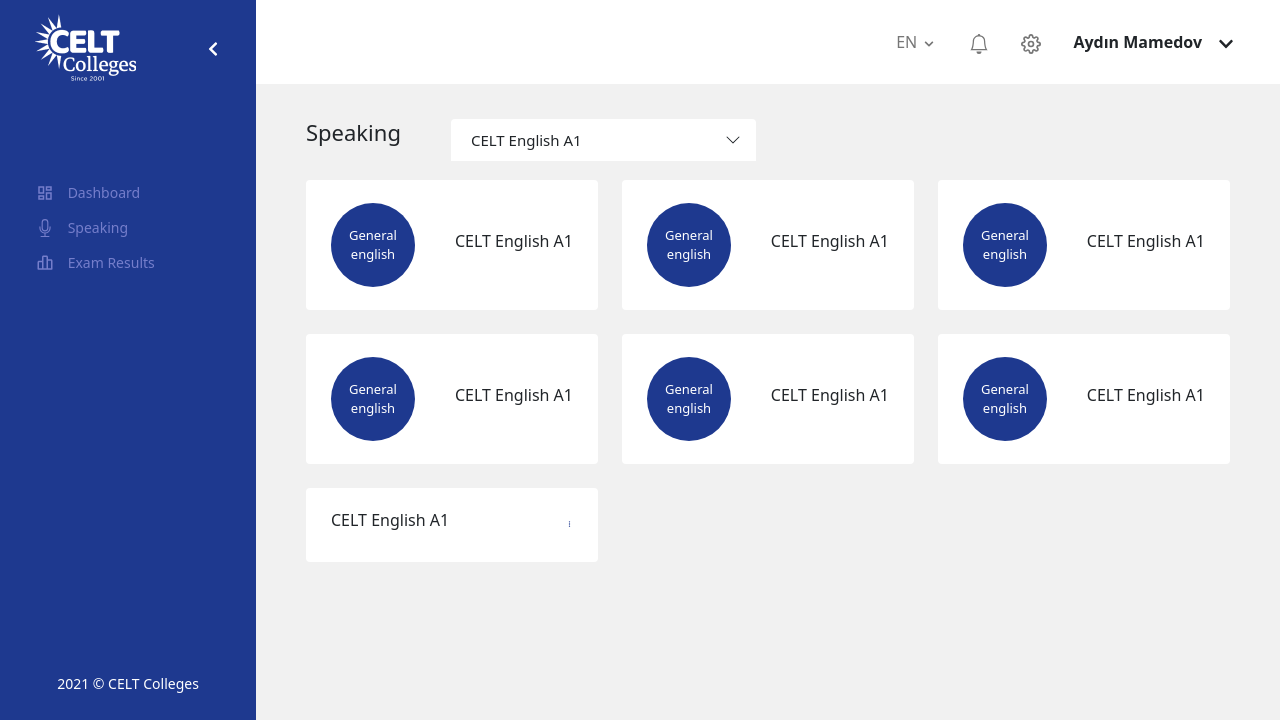
Repository: aydinws/celtapp
Page: /speaking
These files come from the project's save history. The page is drawn as it stood at one moment and after the next save; the edit follows.
The browser window is 1280 px wide. The pictures show the whole page.
The project was rebuilt for these pictures with package versions that can differ from the ones it lists, and the page was loaded fresh each time. Also part of the build but not shown: src/pages/Dashboard/index.js, src/pages/ExamResults/index.scss, src/components/Table/index.scss, src/components/Pagination/index.scss, src/components/Pagination/index.js, src/components/Table/index.js, src/pages/ExamResults/index.js.

Above is the page before, as saved 2021-06-10 10:00:41.

### src/App.js
import React from 'react';

// files
import './assets/css/app.scss';

// pages
import Dashboard from './pages/Dashboard';
import ExamResults from './pages/ExamResults';
import Speakings from './pages/Speakings';

// npm modules
import 'bootstrap/dist/css/bootstrap.css';
import { BrowserRouter as Router, Switch, Route } from "react-router-dom";


function App() {
  return (
    <Router>
      <Switch>
        <Route path="/" exact component={Dashboard} />
        <Route path="/speaking" exact component={Speakings} />
        <Route path="/examresults" exact component={ExamResults} />
      </Switch>
    </Router>
  );
}

export default App;

### src/assets/css/app.scss
@import 'code';

* {
    list-style: none !important;
    text-decoration: none !important;
    outline: none !important;
}

body {
    height: 100%;
    background-color: $bgColor !important;
}

.app {
    height: 100%;
    display: flex;

    .content {
        height: 100vh;
        flex: 1;
    }
}

.section {
    margin: 35px 50px;

    @media screen and (max-width:481px) {
        margin: 35px 20px;
    }

    .content-body-head {

        h3 {
            font-size: 22px;
            margin: 0 0 35px;
        }

        .search-input {
            width: 278px;
            height: 42px;
            border-radius: 4px;
            overflow: hidden;
            float: right;

            @media screen and (max-width:768px) {
                margin: 0 0 20px;
                width: 100%;
            }

            input {
                width: 236px;
                height: 42px;
                padding: 0 0 0 20px;
                border: 1px solid #FFFFFF;
                background-color: #FFFFFF;
                font-size: 15px;

                @media screen and (max-width:768px) {
                    width: calc(100% - 42px);
                }
            }

            input::placeholder {
                font-weight: 500;
            }

            svg {
                fill: $grayColor;
                padding: 12px;
                width: 42px;
                height: 42px;
                background-color: #FFFFFF;
                margin: 0 0 4px;
            }
        }
    }
}

.orange { fill: $orangeColor; color: $orangeColor !important; }
.red { fill: $redColor; color: $redColor !important; }
.green { fill: $greenColor; color: $greenColor !important; }
.c-pointer { cursor: pointer; }

### src/pages/Speakings/index.js
import React, { useState } from 'react';
import './index.scss';

// components
import Sidebar from '../../components/SideBar';
import TopBar from '../../components/TopBar';
import SelectOption from '../../components/SelectOption';

//icons
import { BsThreeDotsVertical } from "react-icons/bs";

function Speaking() {

    const [visible, setVisible] = useState(true);

    const openCloseMenu = () => {
        setVisible(!visible);
    }

    return (
        <div className="app">
            {visible && <Sidebar openCloseMenu={openCloseMenu} />}

            <div className="content">
                <TopBar openCloseMenu={openCloseMenu} />

                <div className="section">
                    <div className="content-body-head">
                        <div className="row">
                            <div className="col-12 col-md-6 d-flex">
                                <h3>Speaking</h3>
                                <SelectOption />
                            </div>
                        </div>
                    </div>
                    <div className="content-body">
                        <div className="row">
                            <div className="col-12 col-md-6 col-lg-4 mb-4">
                                <div className="card card--speaking">
                                    <div className="card-circle">
                                        <p>General english</p>
                                    </div>
                                    <h6>CELT English A1</h6>
                                </div>
                            </div>
                            <div className="col-12 col-md-6 col-lg-4 mb-4">
                                <div className="card card--speaking">
                                    <div className="card-circle">
                                        <p>General english</p>
                                    </div>
                                    <h6>CELT English A1</h6>
                                </div>
                            </div>
                            <div className="col-12 col-md-6 col-lg-4 mb-4">
                                <div className="card card--speaking">
                                    <div className="card-circle">
                                        <p>General english</p>
                                    </div>
                                    <h6>CELT English A1</h6>
                                </div>
                            </div>
                            <div className="col-12 col-md-6 col-lg-4 mb-4">
                                <div className="card card--speaking">
                                    <div className="card-circle">
                                        <p>General english</p>
                                    </div>
                                    <h6>CELT English A1</h6>
                                </div>
                            </div>
                            <div className="col-12 col-md-6 col-lg-4 mb-4">
                                <div className="card card--speaking">
                                    <div className="card-circle">
                                        <p>General english</p>
                                    </div>
                                    <h6>CELT English A1</h6>
                                </div>
                            </div>
                            <div className="col-12 col-md-6 col-lg-4 mb-4">
                                <div className="card card--speaking">
                                    <div className="card-circle">
                                        <p>General english</p>
                                    </div>
                                    <h6>CELT English A1</h6>
                                </div>
                            </div>
                            <div className="col-12 col-md-6 col-lg-4 mb-4">
                                <div className="card card--speaking">
                                    <h6>CELT English A1</h6>
                                    <BsThreeDotsVertical />
                                </div>
                            </div>
                        </div>
                    </div>
                </div>
            </div>
        </div>
    );
}

export default Speaking;

### src/assets/css/code.scss
$bgColor: #F1F1F1;
$mainBlue: #1E398F;
$blueTextColor: #757ECB;
$orangeColor: #EE7100;
$redColor: #C10000;
$greenColor: #009F3F;
$grayColor: #767676;

### src/pages/Dashboard/index.scss
@import '../../assets/css/code.scss';
@import '../../assets/css/custom.scss';

.anime-h {
    height: 66px;
}

.content-body {
    .card {
        border-radius: 4px;
        padding: 23px 25px;
        overflow: hidden;

        &--dashboard {
            width: 100%;
            height: 100%;
            position: relative;
        }

        .card-header {
            border-bottom: 0.5px solid #DEDEDE;
            background-color: #FFFFFF;
            padding: 0;
            display: flex;
            justify-content: space-between;

            svg {
                fill: $orangeColor;
                width: 22px;
                height: 22px;
            }

            h4 {
                font-size: 18px;
                margin: 0 0 20px;
                padding: 0;
                cursor: pointer;
            }
        }

        ul {
            padding: 0;
        }

        ul li {
            margin-top: 25px;
        }

        ul li h4 {
            font-size: 15px;
            text-transform: uppercase;
            padding: 0;
        }

        ul li p {
            font-size: 12px;
            color: #878787;
        }

        label {
            display: flex;
            align-items: center;
            position: relative;
            cursor: pointer;
        }

        label {
            div {
                font-size: 15px;
                text-transform: uppercase;
                padding: 0;
                margin: 0 30px;
                font-weight: 500;
            }
        }

        a {
            color: $mainBlue;
            text-decoration: none;
            font-size: 13px;
            position: absolute;
            right: 0;
            bottom: 0;
            margin: 25px;
            font-weight: bold;
        }

        svg {
            fill: $mainBlue;
            width: 7px;
            padding: 0 0 2px;
        }
    }
}

### src/components/SideBar/index.js
import React from 'react';
import './index.scss';

// npm modules
import { Link } from "react-router-dom";

// icons
import { FaChevronLeft } from "react-icons/fa";
import { BsMic } from "react-icons/bs";
import { RiDashboardLine } from "react-icons/ri";
import { BiBarChartAlt2 } from "react-icons/bi";

// images
import Logo from '../../assets/images/logo.png';

function Sidebar({ openCloseMenu }) {
    return (
        <div className="side-bar">
            <div className="side-bar-content">
                <div className="side-bar-content-header">
                    <img src={Logo} alt="Logo" />
                    <FaChevronLeft onClick={openCloseMenu} />
                </div>
                <div className="side-bar-content-body">
                    <ul>
                        <li>
                            <Link to="/"><RiDashboardLine /> Dashboard</Link>
                        </li>
                        <li>
                            <Link to="/speaking"><BsMic /> Speaking</Link>
                        </li>
                        <li>
                            <Link to="/examresults"><BiBarChartAlt2 /> Exam Results</Link>
                        </li>
                    </ul>
                </div>
                <p>2021 © CELT Colleges</p>
            </div>
        </div>
    );
}

export default Sidebar;

### src/components/TopBar/index.js
import React from 'react';
import './index.scss';

// icons
import { FaChevronDown } from "react-icons/fa";
import { BsBell } from "react-icons/bs";
import { FiSettings } from "react-icons/fi";
import { GoThreeBars } from "react-icons/go";

// images
import Avatar from '../../assets/images/avatar.png';
import Logo from '../../assets/images/logo.png';

function TopBar({ openCloseMenu }) {
    return (
        <div className="top-bar">
            <img src={Logo} alt="Logo" />
            <ul>
                <li>
                    <span>EN <FaChevronDown /></span>
                </li>
                <li>
                    <BsBell />
                </li>
                <li>
                    <FiSettings onClick={openCloseMenu} />
                </li>
                <li>
                    <img src={Avatar} alt="Avatar" />
                    <span>Aydın Mamedov</span>
                    <FaChevronDown />
                </li>
                <li>
                    <GoThreeBars onClick={openCloseMenu} />
                </li>
            </ul>
        </div>
    );
}

export default TopBar;

### src/pages/Speakings/index.scss
@import '../../assets/css/code.scss';
@import '../../assets/css/custom.scss';

.anime-h {
    height: 64px;
}

.content-body {
    .card {
        border-radius: 4px;
        padding: 23px 25px;
        overflow: hidden;

        &--speaking {
            border: 0;
            flex-direction: row;
            justify-content: space-between;
            align-items: center;
            cursor: pointer;

            .card-circle {
                width: 84px;
                height: 84px;
                background-color: $mainBlue;
                color: #FFFFFF;
                border-radius: 50%;
                text-align: center;
                display: flex;
                align-items: center;

                p {
                    font-size: 13px;
                    margin: 0;
                }

                h6 {
                    font-size: 17px;
                    margin: 0 !important;
                }

                svg {
                    width: 20px;
                }
            }
        }
    }
}

### src/components/SelectOption/index.js
import React, { useState } from 'react';
import './index.scss';

// icons
import { BsChevronDown } from "react-icons/bs";

function Select() {
    const [visible,] = useState(false);
    return (
        <div className="select-option">
            <div className="select-option-btn">
                <span>CELT English A1</span>
                <BsChevronDown />
            </div>
            {visible && <div className="select-option-items">
                <ul>
                    <li><a href="/">Exam Results</a></li>
                    <li><a href="/">Exam Dates</a></li>
                </ul>
            </div>}
        </div>
    );
}

export default Select;

### src/assets/css/custom.scss
.custom-checkbox {
    position: absolute;
    opacity: 0;
    height: 0;
    width: 0;
}

.checkmark {
    position: absolute;
    top: 2px;
    left: 0;
    height: 18px;
    width: 18px;
    background-color: #eee;
    cursor: pointer;
    border-radius: 2px;
}

.custom-checkbox:hover input ~ .checkmark {
    background-color: #ccc;
}

.custom-checkbox:checked ~ .checkmark {
    background-color: $mainBlue;
}

.checkmark:after {
    content: "";
    position: absolute;
    display: none;
}

.custom-checkbox:checked ~ .checkmark:after {
    display: block;
}

.checkmark:after {
    left: 7px;
    top: 4px;
    width: 4px;
    height: 8px;
    border: solid white;
    border-width: 0 2px 2px 0;
    -webkit-transform: rotate(45deg);
    -ms-transform: rotate(45deg);
    transform: rotate(45deg);
}

.custom-radio {
    position: absolute;
    opacity: 0;
    height: 0;
    width: 0;
}

.radiomark {
    position: absolute;
    top: 2px;
    left: 0;
    height: 18px;
    width: 18px;
    background-color: #eee;
    cursor: pointer;
    border-radius: 50%;
}

.custom-radio input ~ .radiomark {
    background-color: #ccc;
}

.custom-radio:checked ~ .radiomark {
    background-color: $mainBlue;
}

.radiomark:after {
    content: "";
    position: absolute;
    display: none;
}

.custom-radio:checked ~ .radiomark:after {
    display: block;
}


.radiomark:after {
    top: 6px;
	left: 6px;
	width: 6px;
	height: 6px;
	border-radius: 50%;
	background: white;
}

### src/components/SideBar/index.scss
@import '../../assets/css/code.scss';

.side-bar {
    width: 256px;

    @media screen and (max-width:1024px) {
        position: fixed;
        z-index: 10;
    }

    .side-bar-content {
        width: 256px;
        height: 100%;
        position: fixed;
        z-index: 10;
        background-color: $mainBlue;

        p {
            width: 100%;
            text-align: center;
            position: absolute;
            bottom: 10px;
            color: #FFFFFF;
            font-size: 14px;
        }
    }

    .side-bar-content-header {
        display: flex;
        justify-content: space-between;
        padding: 14px 35px;
        align-items: center;

        svg {
            fill: #FFFFFF;
            cursor: pointer;
        }
    }

    .side-bar-content-body {
        ul {
            padding: 0;
            width: 100%;
            margin-top: 83px;
        }

        li {
            padding: 0 33px;
            margin: 10px 0;
            transition: border-left 200ms;
            border-left: 3px solid transparent;

            svg {
                width: 18px;
                height: 18px;
                fill: $blueTextColor;
                margin-right: 10px;
                margin-bottom: 3.5px;
                transition: fill 400ms;
            }

            a {
                font-size: 14px;
                color: $blueTextColor;
                text-decoration: none;
                transition: color 400ms;
            }

            &:hover {
                border-left: 3px solid #FFFFFF;
            }

            &:hover svg {
                fill: #FFFFFF;
            }

            &:hover a {
                color: #FFFFFF;
            }
        }
    }
}

### src/components/TopBar/index.scss
@import '../../assets/css/code.scss';

.top-bar {
    background-color: #FFFFFF;
    flex: 1;
    height: 84px;
    align-items: center;
    justify-content: space-between;
    z-index: 9;

    img {
        display: none;
    }

    @media screen and (max-width:1024px) {
        display: flex;
        background-color: $mainBlue;
        height: 69px;
        overflow: hidden;

        img {
            width: 69px;
            height: 47px;
            display: block;
            margin: 11px 20px;
        }
    }

    ul {
        display: flex;
        justify-content: flex-end;
        height: 84px;
        align-items: center;
        margin-right: 30px;

        @media screen and (max-width:1024px) {
            margin-right: 15px;
        }

        li {
            cursor: pointer;
            margin: 24px 16px;

            @media screen and (max-width:1024px) {
                margin: 17px 15px 0 0;
            }

            &:nth-child(1) span {
                color: $grayColor;
                @media screen and (max-width:1024px) {
                    color: #FFFFFF;
                }

                svg {
                    height: 10px;
                }
            }

            &:nth-child(2) {
                svg {
                    fill: $grayColor;
                    width: 20px;
                    height: 20px;

                    @media screen and (max-width:1024px) {
                        fill: #FFFFFF;
                    }
                }
            }

            &:nth-child(3) {
                svg {
                    stroke: $grayColor;
                    width: 20px;
                    height: 20px;
                }
            }

            &:nth-child(4) {
                img, span {
                    margin-right: 16px;
                }

                span {
                    font-weight: 600;
                }
            }

            &:nth-child(5) {
                @media screen and (min-width:1024px) {
                    display: none;
                }
                svg {
                    fill: $grayColor;
                    width: 20px;
                    height: 20px;
                    @media screen and (max-width:1024px) {
                        fill: #FFFFFF;
                    }
                }
            }

            @media screen and (max-width:1024px) {
                &:nth-child(3), &:nth-child(4) {
                    display: none;
                }
            }
        }
    }
}

### src/components/SelectOption/index.scss
@import '../../assets/css/code.scss';

.select-option {
    width: 100%;
    min-height: 42px;
    margin: 0 0 0 50px;
    position: relative;
    z-index: 5;

    &:active {
        border: 1px solid #ddd
    }

    .select-option-btn {
        cursor: pointer;
        width: 100%;
        height: 42px;
        background-color: #FFFFFF;
        display: flex;
        justify-content: space-between;
        align-items: center;
        padding: 0 5px 0 20px;
        border-radius: 4px 4px 0 0;
    }

    &:hover {
        background-color: #F9F9F9;
    }

    span {
        font-weight: 500;
        font-size: 15px;
    }

    svg {
        margin-right: 10px;
    }

    .select-option-items {
        z-index: 5;
        position: absolute;
        width: 100%;
        height: auto;
        min-height: 42px;
        left: 0;
        top: 42px;
        background-color: #F9F9F9;
        border-radius: 0 0 4px 4px;

        ul {
            padding: 0;
            margin: 0;

            li {
                a {
                    width: 100%;
                    height: 42px;
                    display: flex;
                    align-items: center;
                    color: $grayColor;
                    padding-left: 20px;
                    border-bottom: 1px solid #F5F5F5;
                }

                &:last-child a {
                    border-bottom: 0;
                }
            }
        }
    }
}

Loaded but not shown: public/index.html (common file); src/index.js (common file)

After the next save:
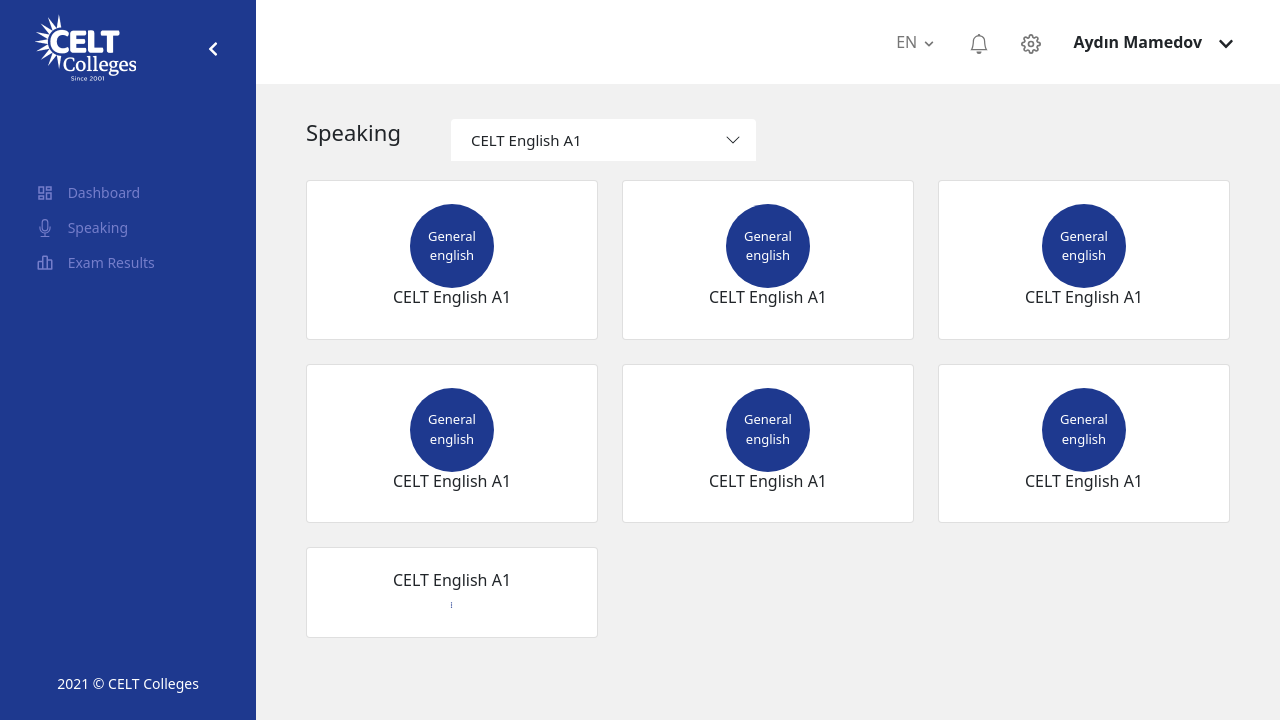
Saved 31 s later.
--- a/src/pages/Speakings/index.scss
+++ b/src/pages/Speakings/index.scss
@@ -5,7 +5,6 @@
     height: 64px;
 }
 
-.content-body {
     .card {
         border-radius: 4px;
         padding: 23px 25px;
@@ -44,4 +43,3 @@
             }
         }
     }
-}

After the save that followed:
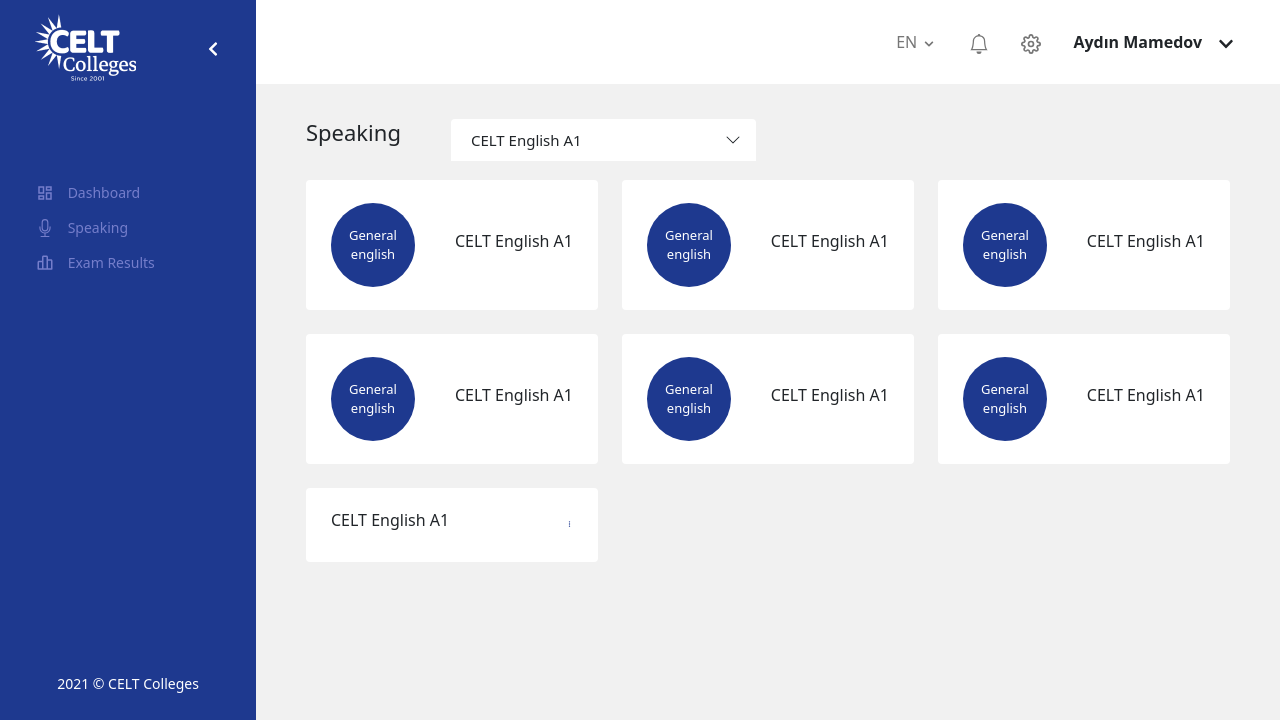
Saved 5 s later.
--- a/src/pages/Speakings/index.scss
+++ b/src/pages/Speakings/index.scss
@@ -5,6 +5,7 @@
     height: 64px;
 }
 
+.content-body {
     .card {
         border-radius: 4px;
         padding: 23px 25px;
@@ -43,3 +44,4 @@
             }
         }
     }
+}
